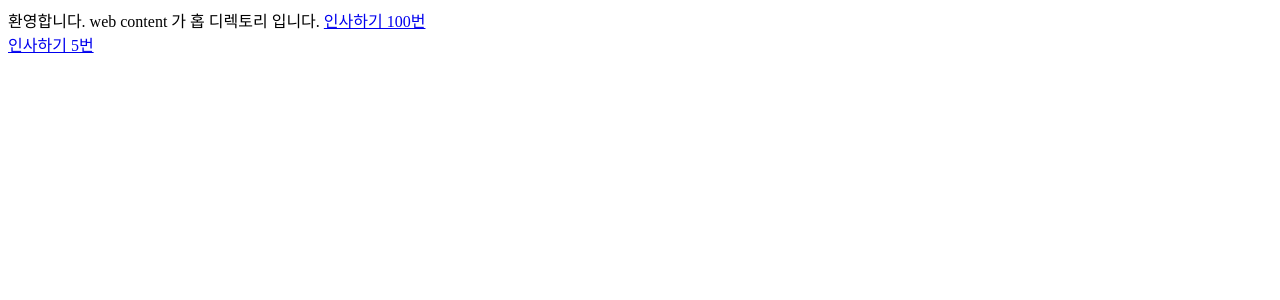
Repository: SongYG77/JSP-Servlet-practice
Page: JSPPrj/WebContent/index.html
The author's editor kept a copy of each file at every save. The page is drawn from the files as they stood at one save, then again after the next save.
The browser window is 1280 px wide. The pictures show the whole page.

Above is the page before, as saved 2021-01-19 05:41:27.

### JSPPrj/WebContent/index.html
<!DOCTYPE html>
<html>
<head>
<meta charset="EUC-KR">
<title>Insert title here</title>
</head>
<body>
	환영합니다. web content 가 홉 디렉토리 입니다.
	<a href = "hi">인사하기 100번</a><br>
	<a href = "hi?cnt=5">인사하기 5번</a>
</body>
</html>

After the next save:
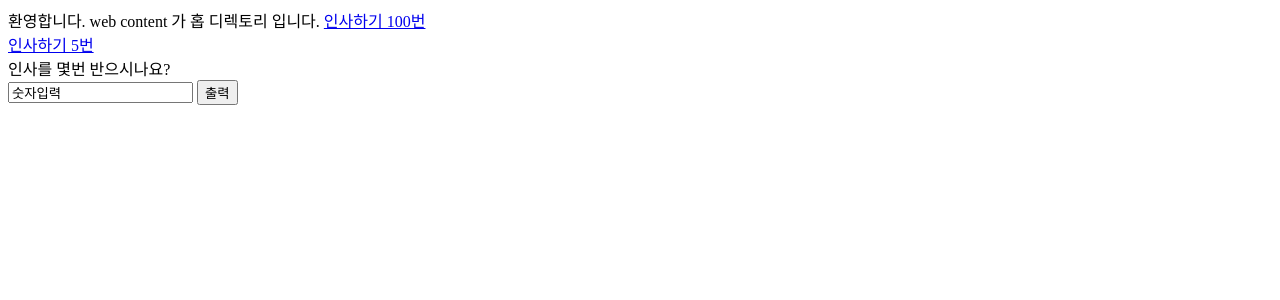
Saved 6 min 27 s later.
--- a/JSPPrj/WebContent/index.html
+++ b/JSPPrj/WebContent/index.html
@@ -7,6 +7,17 @@
 <body>
 	환영합니다. web content 가 홉 디렉토리 입니다.
 	<a href = "hi">인사하기 100번</a><br>
-	<a href = "hi?cnt=5">인사하기 5번</a>
+	<a href = "hi?cnt=5">인사하기 5번</a><br>
+	<div>
+		<form action = "hi">
+			<div>
+				<label>인사를 몇번 반으시나요?</label>
+			</div>
+			<div>
+				<input type="text" name="cnt" value = "숫자입력">
+				<input type="submit" value = "출력">
+			</div>
+		</form>
+	</div>
 </body>
 </html>
